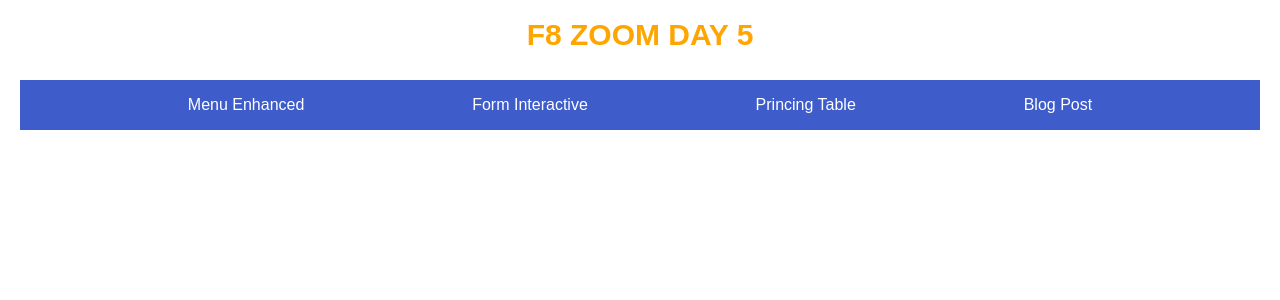
Repository: lannguyen1301/f8-zoom-day-5
Page: index.html
An editor plug-in stored every save of this project. The page is shown before and after the next save, followed by the edit.
The browser window is 1280 px wide. The pictures show the whole page.

Above is the page before, as saved 2025-04-21 13:24:30.

### index.html
<!DOCTYPE html>
<html lang="en">

<head>
    <meta charset="UTF-8">
    <meta name="viewport" content="width=device-width, initial-scale=1.0">
    <title>F8 ZOOM DAY 5</title>
    <link rel="stylesheet" href="./assets/css/reset.css">
    <link rel="stylesheet" href="./assets/css/style.css">
</head>

<body>
    <div class="inner">
        <h1 class="title-desc">F8 ZOOM DAY 5</h1>
        <nav style="navbar">
            <ul class="navbar__list">
                <li class="navbar__item">
                    <a href="./menu-enhanced.html" class="navbar__link" target="_blank">Menu Enhanced</a>
                </li>
                <li class="navbar__item">
                    <a href="./form-interactive.html" class="navbar__link" target="_blank">Form Interactive</a>
                </li>
                <li class="navbar__item">
                    <a href="./pricing-table.html" class="navbar__link" target="_blank">Princing Table</a>
                </li>
                <li class="navbar__item">
                    <a href="./blog-post.html" class="navbar__link" target="_blank">Blog Post</a>
                </li>
            </ul>
        </nav>
    </div>
</body>

</html>

### assets/css/style.css
* {
    box-sizing: border-box;
}

html {
    font-size: 62.5%;
}

body {
    font-size: 1.6rem;
    font-family: "poppins", sans-serif;
}

/* common*/
a {
    text-decoration: none;
}

.inner {
    margin: 0 auto;
    padding: 20px;
}

.title-desc {
    font-size: 3rem;
    text-align: center;
    font-weight: 900;
    color: orange;
}

.navbar__list {
    display: flex;
    align-items: center;
    justify-content: space-evenly;
    margin-top: 30px;
    background-color: #3e5cca;
}

.navbar__item {
    height: 50px;
}

.navbar__link {
    color: #fff;
    line-height: 50px;
    font-weight: 500;
    font-size: 1.6rem;
}

Loaded but not shown: assets/css/reset.css (common file)

After the next save:
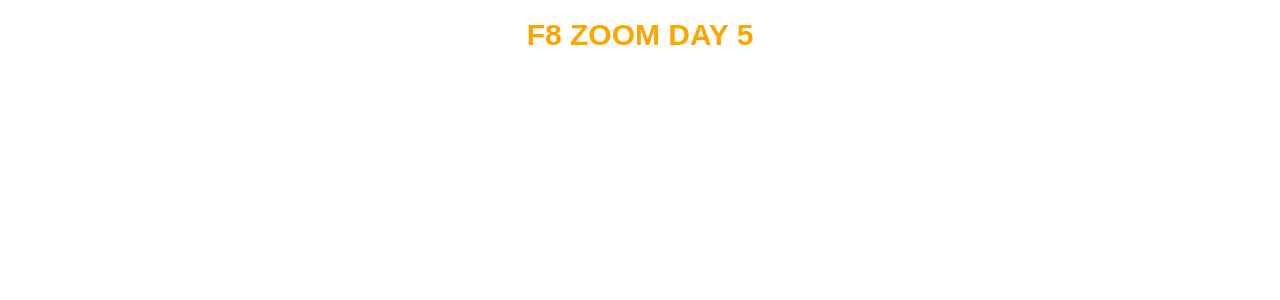
Saved 45 s later.
--- a/index.html
+++ b/index.html
@@ -13,7 +13,7 @@
     <div class="inner">
         <h1 class="title-desc">F8 ZOOM DAY 5</h1>
         <nav style="navbar">
-            <ul class="navbar__list">
+            <!-- <ul class="navbar__list">
                 <li class="navbar__item">
                     <a href="./menu-enhanced.html" class="navbar__link" target="_blank">Menu Enhanced</a>
                 </li>
@@ -26,7 +26,7 @@
                 <li class="navbar__item">
                     <a href="./blog-post.html" class="navbar__link" target="_blank">Blog Post</a>
                 </li>
-            </ul>
+            </ul> -->
         </nav>
     </div>
 </body>

After the 5 saves that followed:
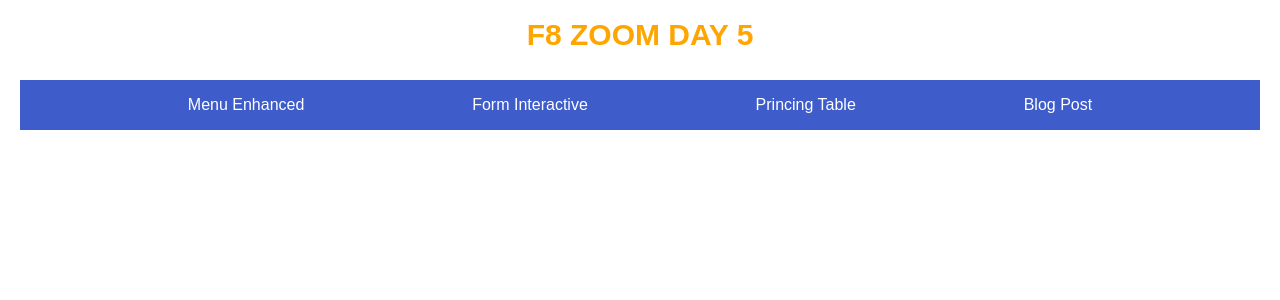
The 5 saves are shown as one change because 3 left the picture as it was and some came seconds apart.
The last was saved 33 s later.
--- a/index.html
+++ b/index.html
@@ -13,7 +13,7 @@
     <div class="inner">
         <h1 class="title-desc">F8 ZOOM DAY 5</h1>
         <nav style="navbar">
-            <!-- <ul class="navbar__list">
+            <ul class="navbar__list">
                 <li class="navbar__item">
                     <a href="./menu-enhanced.html" class="navbar__link" target="_blank">Menu Enhanced</a>
                 </li>
@@ -26,7 +26,7 @@
                 <li class="navbar__item">
                     <a href="./blog-post.html" class="navbar__link" target="_blank">Blog Post</a>
                 </li>
-            </ul> -->
+            </ul>
         </nav>
     </div>
 </body>
